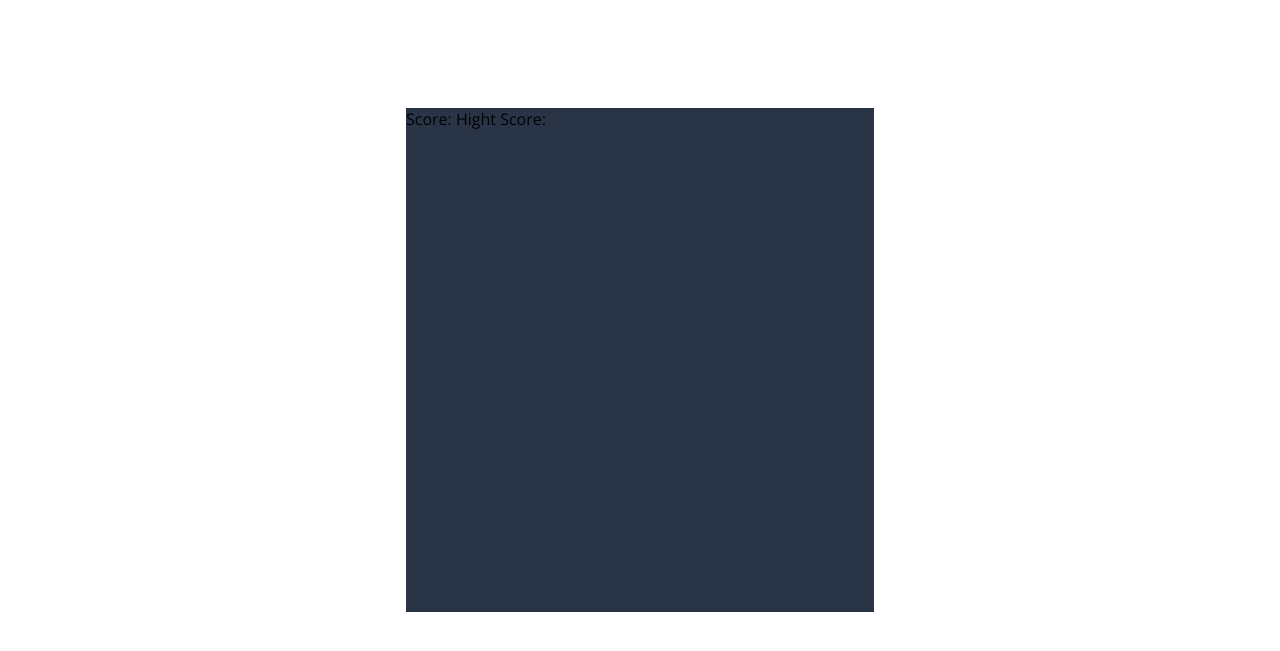
Repository: litaiqiang1407/JS
Page: Snake Game/index.html
An editor plug-in stored every save of this project. The page is shown before and after the next save, followed by the edit.
The browser window is 1280 px wide. The pictures show the whole page.

Above is the page before, as saved 2023-05-16 18:28:40.

After the next save:
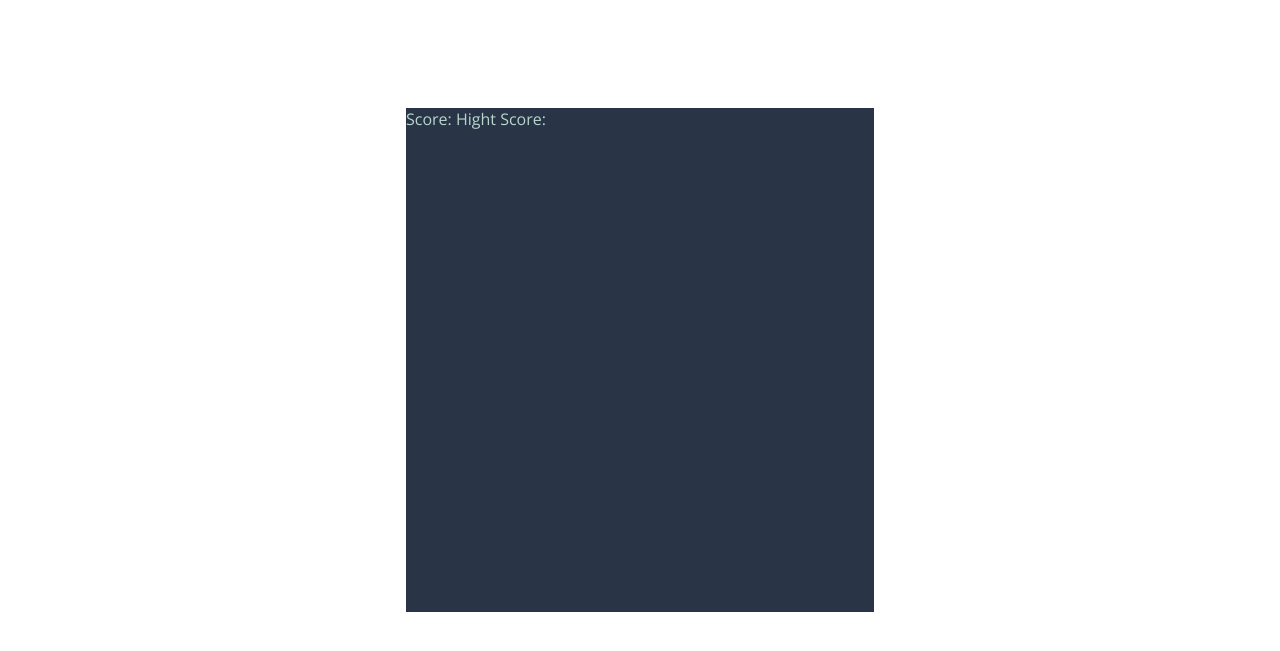
Saved 41 s later.
--- a/Snake Game/style.css
+++ b/Snake Game/style.css
@@ -20,6 +20,7 @@ body {
   background: #293447;
 }
 .game-details {
+  color: #b8d6cd;
 }
 .score {
 }
